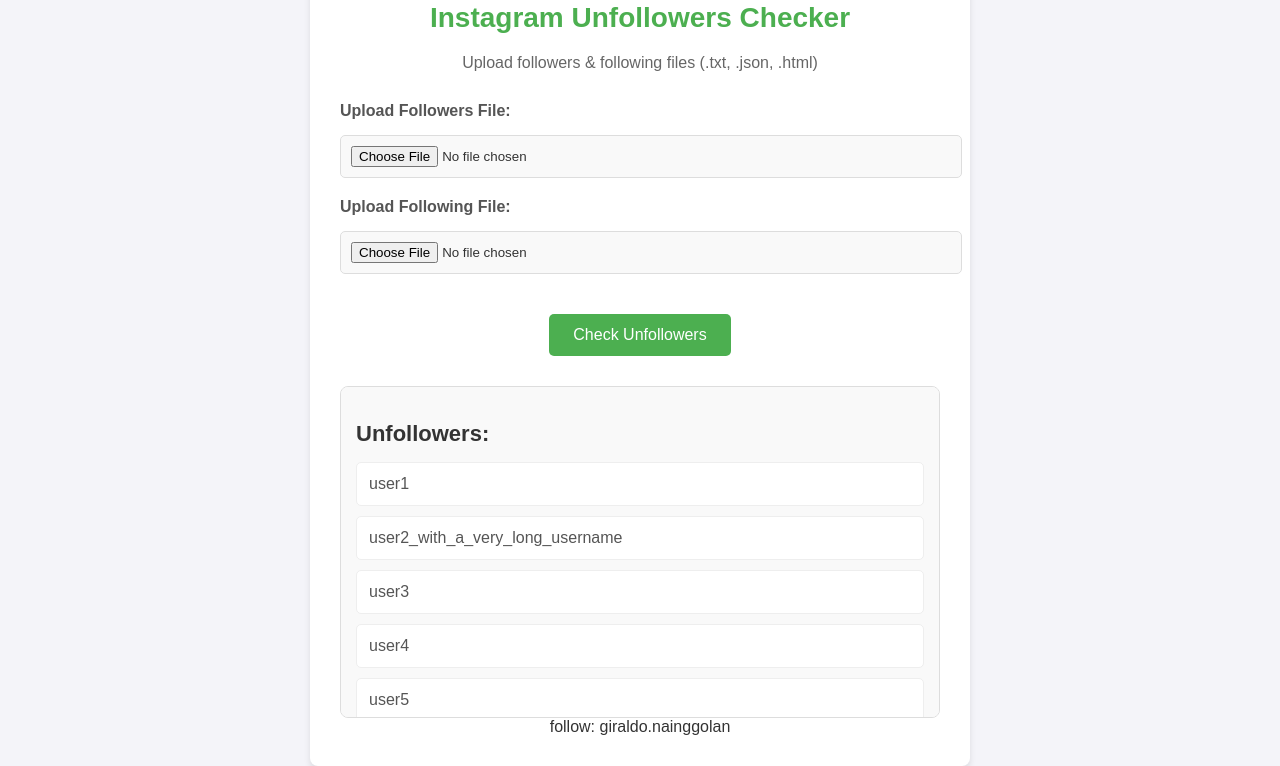
Repository: GiraldoNainggolan/IUC
Page: index.html
The author's editor kept a copy of each file at every save. The page is drawn from the files as they stood at one save, then again after the next save.
The browser window is 1280 px wide. The pictures show the whole page.
After loading, the first visible `#checkUnfollowers` was clicked once.

Above is the page before, as saved 2025-02-04 16:12:26.
Console error: TypeError: Cannot read properties of null (reading 'style')

### index.html
<!DOCTYPE html>
<html lang="en">
<head>
    <meta charset="UTF-8">
    <meta name="viewport" content="width=device-width, initial-scale=1.0">
    <title>Instagram Unfollowers Checker</title>
    <link rel="stylesheet" href="style.css">
</head>
<body>
    <div class="container">
        <h1>Instagram Unfollowers Checker</h1>
        <p>Upload followers & following files (.txt, .json, .html)</p>

        <div class="upload-section">
            <label for="followersFile">Upload Followers File:</label>
            <input type="file" id="followersFile" accept=".txt, .json, .html">
        </div>
        <div class="upload-section">
            <label for="followingFile">Upload Following File:</label>
            <input type="file" id="followingFile" accept=".txt, .json, .html">
        </div>
        <button id="checkUnfollowers">Check Unfollowers</button>

        <div id="result" class="result">
            <h2>Unfollowers:</h2>
            <ul id="unfollowersList"></ul>
        </div>

        follow: giraldo.nainggolan
    </div>
    <script src="script.js"></script>
</body>
</html>

### style.css
body {
    font-family: Arial, sans-serif;
    background-color: #f4f4f9;
    color: #333;
    margin: 0;
    padding: 0;
    display: flex;
    justify-content: center;
    align-items: center;
    height: 100vh;
}

.container {
    max-width: 600px;
    width: 100%;
    background: #fff;
    padding: 30px;
    box-shadow: 0 4px 6px rgba(0, 0, 0, 0.1);
    border-radius: 8px;
    text-align: center;
}

h1 {
    font-size: 28px;
    margin-bottom: 20px;
    color: #4CAF50;
}

p {
    font-size: 16px;
    color: #666;
    margin-bottom: 30px;
}

.upload-section {
    margin: 20px 0;
    text-align: left;
}

label {
    font-weight: bold;
    display: block;
    margin-bottom: 10px;
    color: #555;
}

input[type="file"] {
    width: 100%;
    padding: 10px;
    border: 1px solid #ddd;
    border-radius: 5px;
    background: #f9f9f9;
    margin-top: 5px;
}

button {
    margin-top: 20px;
    padding: 12px 24px;
    font-size: 16px;
    background: #4CAF50;
    color: white;
    border: none;
    border-radius: 5px;
    cursor: pointer;
    transition: background 0.3s ease;
}

button:hover {
    background: #45a049;
}

.result {
    margin-top: 30px;
    text-align: left;
}

h2 {
    font-size: 22px;
    color: #333;
    margin-bottom: 15px;
}

ul {
    list-style: none;
    padding: 0;
}

ul li {
    background: #f9f9f9;
    margin: 10px 0;
    padding: 15px;
    border: 1px solid #ddd;
    border-radius: 4px;
    color: #555;
}

/* Tambahkan ini ke CSS Anda */

.result {
    margin-top: 30px;
    text-align: left;
    max-height: 300px; /* Atur tinggi maksimal container */
    overflow-y: auto; /* Tambahkan scroll jika konten melebihi tinggi */
    border: 1px solid #ddd; /* Tambahkan border untuk kejelasan */
    border-radius: 8px;
    padding: 15px;
    background: #f9f9f9;
}

ul#unfollowersList {
    margin: 0;
    padding: 0;
}

ul#unfollowersList li {
    background: #fff;
    margin: 10px 0;
    padding: 12px;
    border: 1px solid #eee;
    border-radius: 5px;
    color: #555;
    word-wrap: break-word; /* Memastikan teks panjang tidak overflow */
    overflow-wrap: break-word; /* Memastikan teks panjang tidak overflow */
}

/* Jika ingin menambahkan hover effect pada list item */
ul#unfollowersList li:hover {
    background: #f1f1f1;
    cursor: pointer;
}

### script.js
document.getElementById("checkUnfollowers").addEventListener("click", async () => {
    const followersFile = document.getElementById("followersFile").files[0];
    const followingFile = document.getElementById("followingFile").files[0];

    if (!followersFile || !followingFile) {
        alert("Silakan upload kedua file sebelum melanjutkan.");
        return;
    }

    try {
        const followers = await extractUsernamesFromHTML(followersFile);
        const following = await extractUsernamesFromHTML(followingFile);

        const unfollowers = following.filter(user => !followers.includes(user));
        displayUnfollowers(unfollowers);
    } catch (error) {
        alert("Terjadi kesalahan saat membaca file: " + error);
    }
});

document.getElementById('checkUnfollowers').addEventListener('click', function () {
    // Contoh data unfollower (ganti dengan data asli dari file yang diupload)
    const unfollowers = ['user1', 'user2_with_a_very_long_username', 'user3', 'user4', 'user5'];

    const unfollowersList = document.getElementById('unfollowersList');
    unfollowersList.innerHTML = ''; // Kosongkan list sebelum menambahkan data baru

    unfollowers.forEach(user => {
        const li = document.createElement('li');
        li.textContent = user;
        unfollowersList.appendChild(li);
    });
});

async function extractUsernamesFromHTML(file) {
    return new Promise((resolve, reject) => {
        const reader = new FileReader();

        reader.onload = () => {
            const parser = new DOMParser();
            const doc = parser.parseFromString(reader.result, "text/html");

            // Ambil semua elemen <a> yang mengandung link Instagram
            const usernames = [...doc.querySelectorAll("a")]
                .map(a => a.textContent.trim())
                .filter(name => name.length > 0);

            if (usernames.length === 0) {
                reject("Tidak ditemukan username di dalam file.");
            } else {
                resolve(usernames);
            }
        };

        reader.onerror = () => reject(reader.error);
        reader.readAsText(file);
    });
}

function displayUnfollowers(unfollowers) {
    const list = document.getElementById("unfollowersList");
    list.innerHTML = "";

    if (unfollowers.length === 0) {
        list.innerHTML = "<li>Semua orang mengikuti balik!</li>";
        return;
    }

    unfollowers.forEach(user => {
        const listItem = document.createElement("li");
        listItem.textContent = user;
        list.appendChild(listItem);
    });
}

document.getElementById('checkUnfollowers').addEventListener('click', function () {
    const loading = document.getElementById('loading');
    loading.style.display = 'block'; // Tampilkan loading

    // Simulasikan proses (ganti dengan proses asli)
    setTimeout(() => {
        const unfollowers = ['user1', 'user2_with_a_very_long_username', 'user3', 'user4', 'user5'];
        const unfollowersList = document.getElementById('unfollowersList');
        unfollowersList.innerHTML = '';

        unfollowers.forEach(user => {
            const li = document.createElement('li');
            li.textContent = user;
            unfollowersList.appendChild(li);
        });

        loading.style.display = 'none'; // Sembunyikan loading setelah selesai
    }, 2000); // Ganti dengan waktu proses yang sesuai
});

setTimeout(() => {
    const unfollowersList = document.getElementById('unfollowersList');
    unfollowersList.classList.add('show'); // Tambahkan class untuk animasi
}, 2100); // Sesuaikan dengan waktu proses

After the next save:
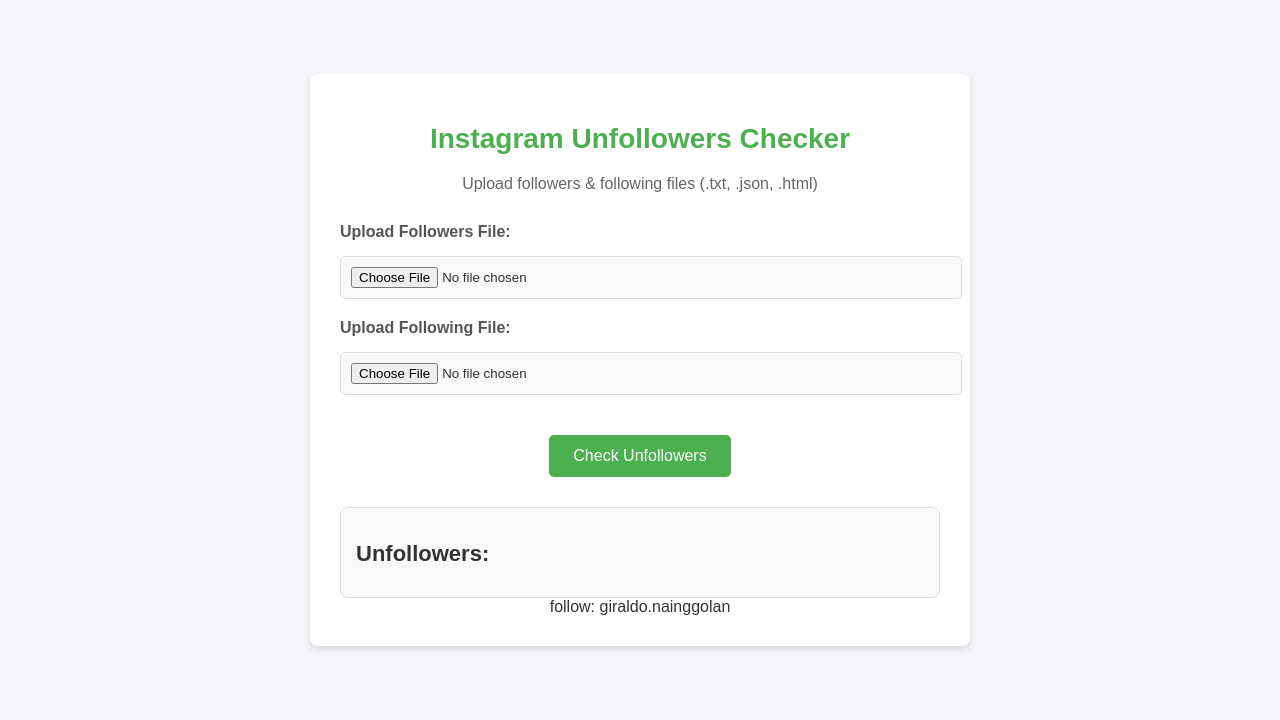
The error is gone.
Saved 44 h 1 min later.
--- a/script.js
+++ b/script.js
@@ -16,20 +16,6 @@
     } catch (error) {
         alert("Terjadi kesalahan saat membaca file: " + error);
     }
-});
-
-document.getElementById('checkUnfollowers').addEventListener('click', function () {
-    // Contoh data unfollower (ganti dengan data asli dari file yang diupload)
-    const unfollowers = ['user1', 'user2_with_a_very_long_username', 'user3', 'user4', 'user5'];
-
-    const unfollowersList = document.getElementById('unfollowersList');
-    unfollowersList.innerHTML = ''; // Kosongkan list sebelum menambahkan data baru
-
-    unfollowers.forEach(user => {
-        const li = document.createElement('li');
-        li.textContent = user;
-        unfollowersList.appendChild(li);
-    });
 });
 
 async function extractUsernamesFromHTML(file) {
@@ -68,32 +54,11 @@
 
     unfollowers.forEach(user => {
         const listItem = document.createElement("li");
-        listItem.textContent = user;
+        const link = document.createElement("a");
+        link.href = `https://www.instagram.com/${user}/`;
+        link.target = "_blank";
+        link.textContent = user;
+        listItem.appendChild(link);
         list.appendChild(listItem);
     });
 }
-
-document.getElementById('checkUnfollowers').addEventListener('click', function () {
-    const loading = document.getElementById('loading');
-    loading.style.display = 'block'; // Tampilkan loading
-
-    // Simulasikan proses (ganti dengan proses asli)
-    setTimeout(() => {
-        const unfollowers = ['user1', 'user2_with_a_very_long_username', 'user3', 'user4', 'user5'];
-        const unfollowersList = document.getElementById('unfollowersList');
-        unfollowersList.innerHTML = '';
-
-        unfollowers.forEach(user => {
-            const li = document.createElement('li');
-            li.textContent = user;
-            unfollowersList.appendChild(li);
-        });
-
-        loading.style.display = 'none'; // Sembunyikan loading setelah selesai
-    }, 2000); // Ganti dengan waktu proses yang sesuai
-});
-
-setTimeout(() => {
-    const unfollowersList = document.getElementById('unfollowersList');
-    unfollowersList.classList.add('show'); // Tambahkan class untuk animasi
-}, 2100); // Sesuaikan dengan waktu proses
